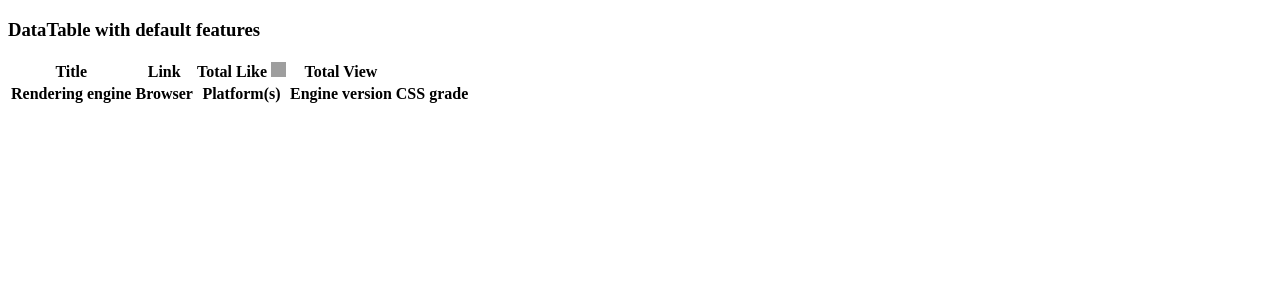
Repository: AnnPTit/Java04_jsp_servelet
Page: http://localhost/Asm/admins/home.jsp
These files come from the project's save history. The page is drawn as it stood at one moment and after the next save; the edit follows.
The browser window is 1280 px wide. The pictures show the whole page.
Pictures or frames that could not be fetched are drawn as grey boxes. Some web libraries are served in a nearby version. The page is served by Tomcat 9. Nobody is signed in. The application's start-up code is not run. The template is opened directly, without the code that normally fills it, so the values that code supplies are empty.

Above is the page before, as saved 2023-03-21 15:50:27.

After the next save:
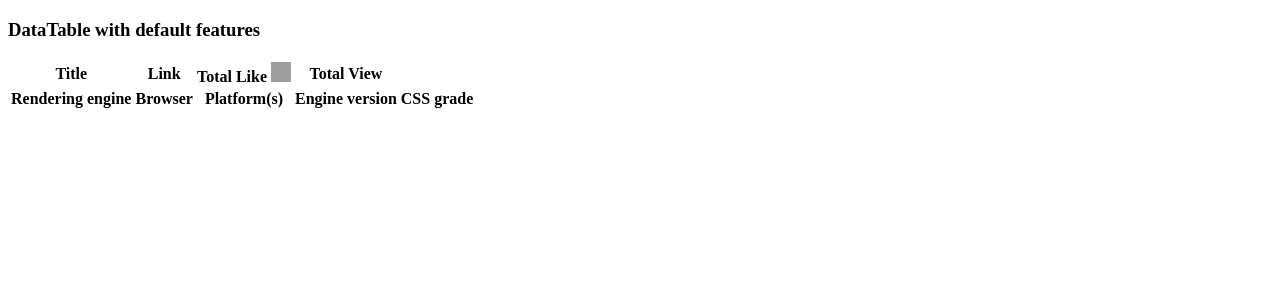
Saved 15 s later.
--- a/Asm/src/main/webapp/admins/home.jsp
+++ b/Asm/src/main/webapp/admins/home.jsp
@@ -25,7 +25,7 @@
 						<th>Title</th>
 						<th>Link</th>
 						<th>Total Like <a class="" style="width: 20px; height: 20px"
-							href="abcs"><img alt="" style="width: 15px; height: 15px"
+							href="abcs"><img alt="" style="width: 20px; height: 20px"
 								src="https://encrypted-tbn0.gstatic.com/images?q=tbn:ANd9GcS3JMQyJHVbUFYDUPidcEb_f0RzD_ub9aOU1eioc__0cBXAh-UFjK9M4JwqaC-B9pmPjZo&usqp=CAU">
 								<th>Total View</th>
 					</tr>
